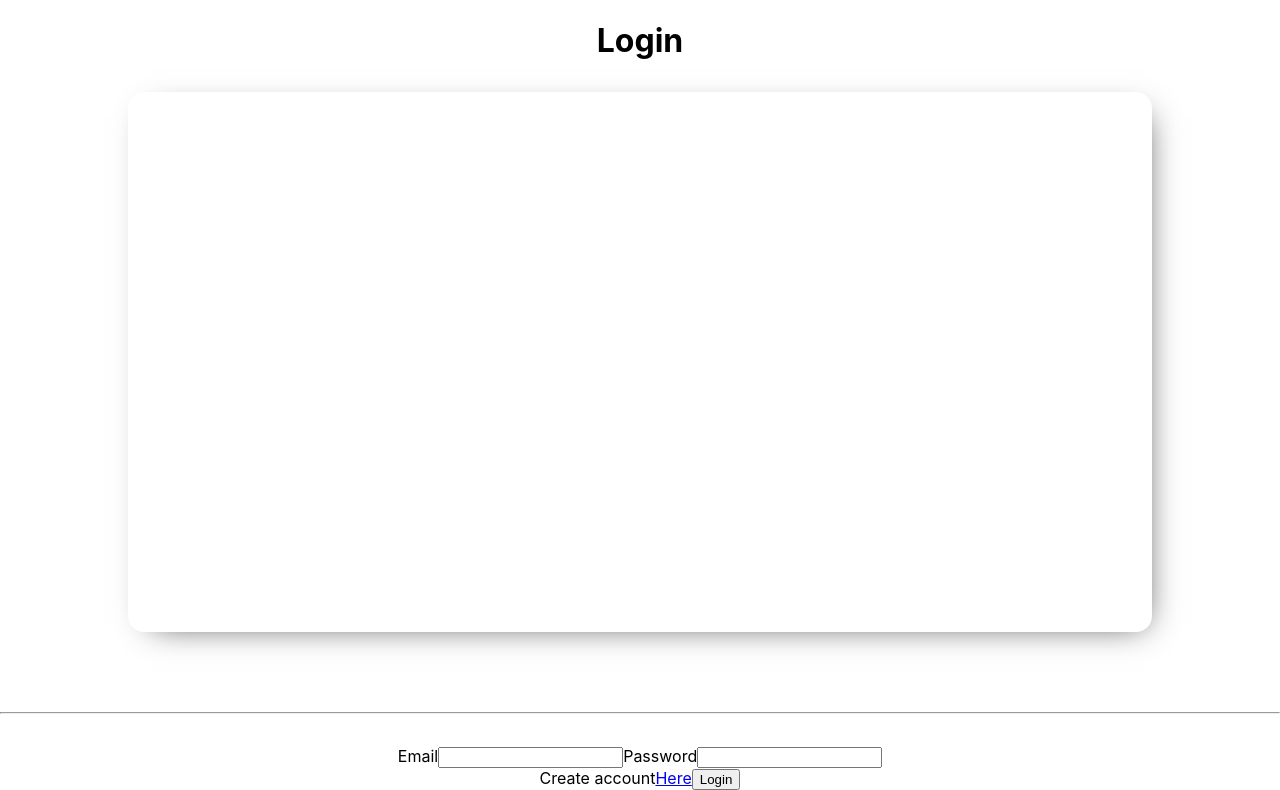
Repository: TendaniSadiki/revelation-e-commerce
Page: /login
The author's editor kept a copy of each file at every save. The page is drawn from the files as they stood at one save, then again after the next save.
The browser window is 1280 px wide. The pictures show the whole page.
The project was rebuilt for these pictures with package versions that can differ from the ones it lists, and the page was loaded fresh each time. Also part of the build but not shown: src/Components/Navbar.css, src/Components/Navbar.js, src/Components/CardStyle.css, src/Components/IndividualProduct.js, src/Components/Products.js, src/Components/IndividualCartProduct.js, src/Components/CartProduct.js, src/Components/Home.js and 8 more. Imported but missing from the stored project, and not drawn on this page: src/Components/Pages/Sale/Sale.

Above is the page before, as saved 2022-11-10 15:14:25.

After the next save:
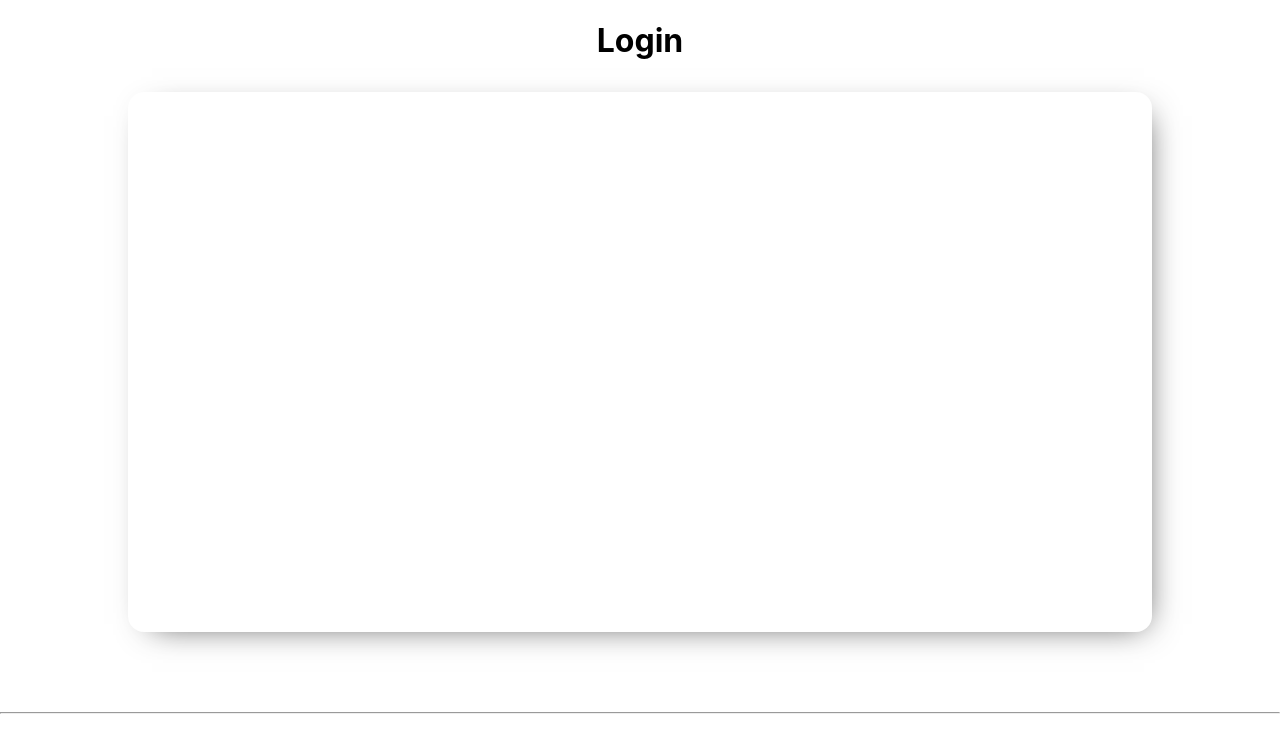
Saved 26 s later.
--- a/src/Components/Login.js
+++ b/src/Components/Login.js
@@ -44,19 +44,7 @@ export const Login = () => {
 
     <div className="left-side"></div>
     <div className="right-side"></div>
-    <form className='form-group' autoComplete='off' onSubmit={handleLogin}>
 
-        <lable>Email</lable>
-        <input type='email' className='form-control' required onChange={(e)=>setEmail(e.target.value)} value={email}/>
-        <lable>Password</lable>
-        <input type='password' className='form-control' required onChange={(e)=>setPassword(e.target.value)} value={password}/>
-        <br></br>
-       <div className='btn-box'>
-        <span>Create account
-            <Link to="/signup" className="text">Here</Link></span>
-            <button type='submit' className="login-btn">Login</button>
-       </div>
-    </form>
     {errorMsg&& <>
         <div className='error-msg'>{errorMsg}</div>
         <br></br>
